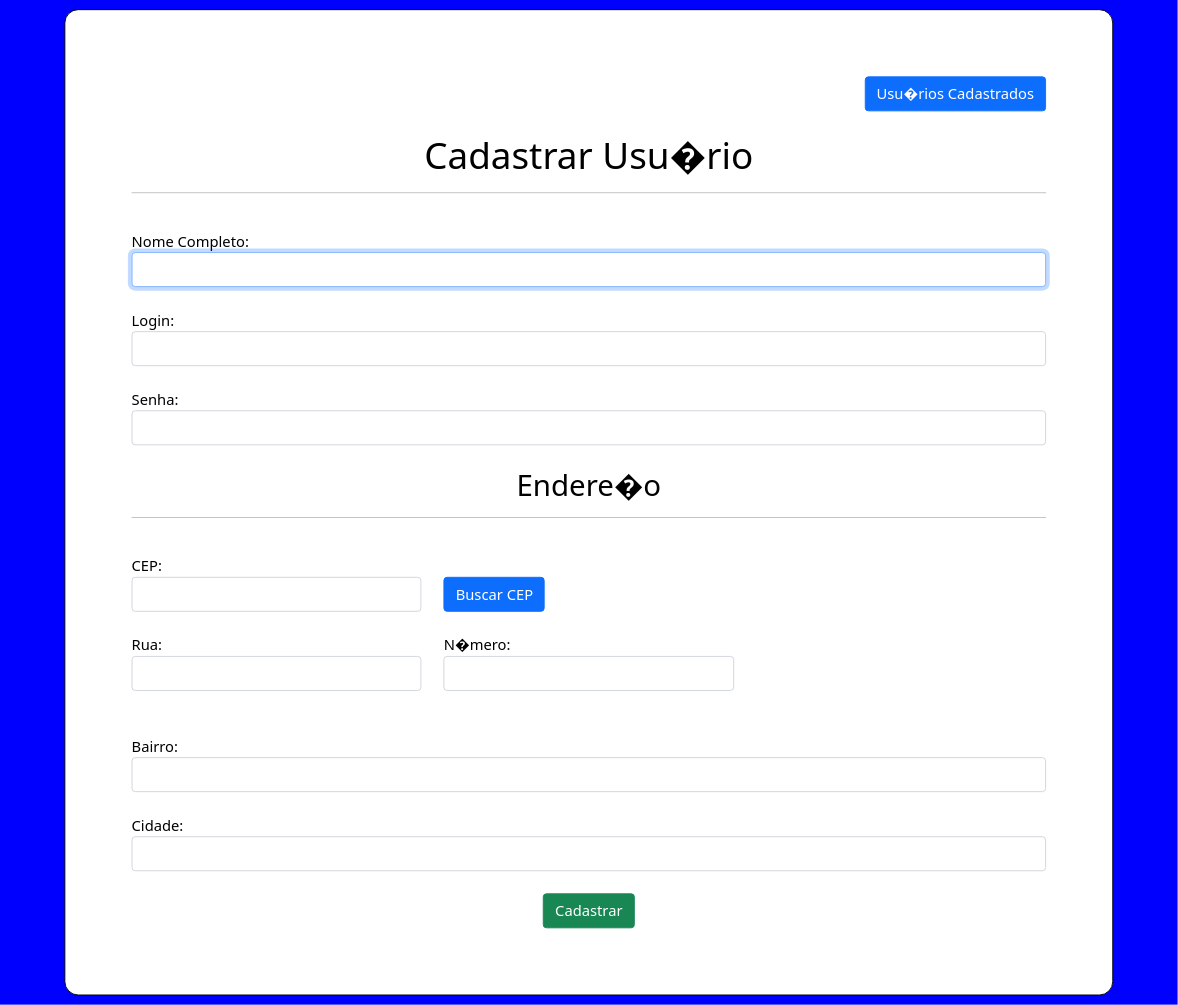
Repository: Magicianred/spring-mvc
Page: http://localhost/index
The author's editor kept a copy of each file at every save. The page is drawn from the files as they stood at one save, then again after a run of saves.
The browser window is 1280 px wide. The pictures show the whole page, at 92% of full size.
The page is this project's Thymeleaf template; nobody is signed in. The template is opened directly, without the code that normally fills it, so the values that code supplies are empty.

Above is the page before, as saved 2021-01-13 02:41:38.

After the next 2 saves:
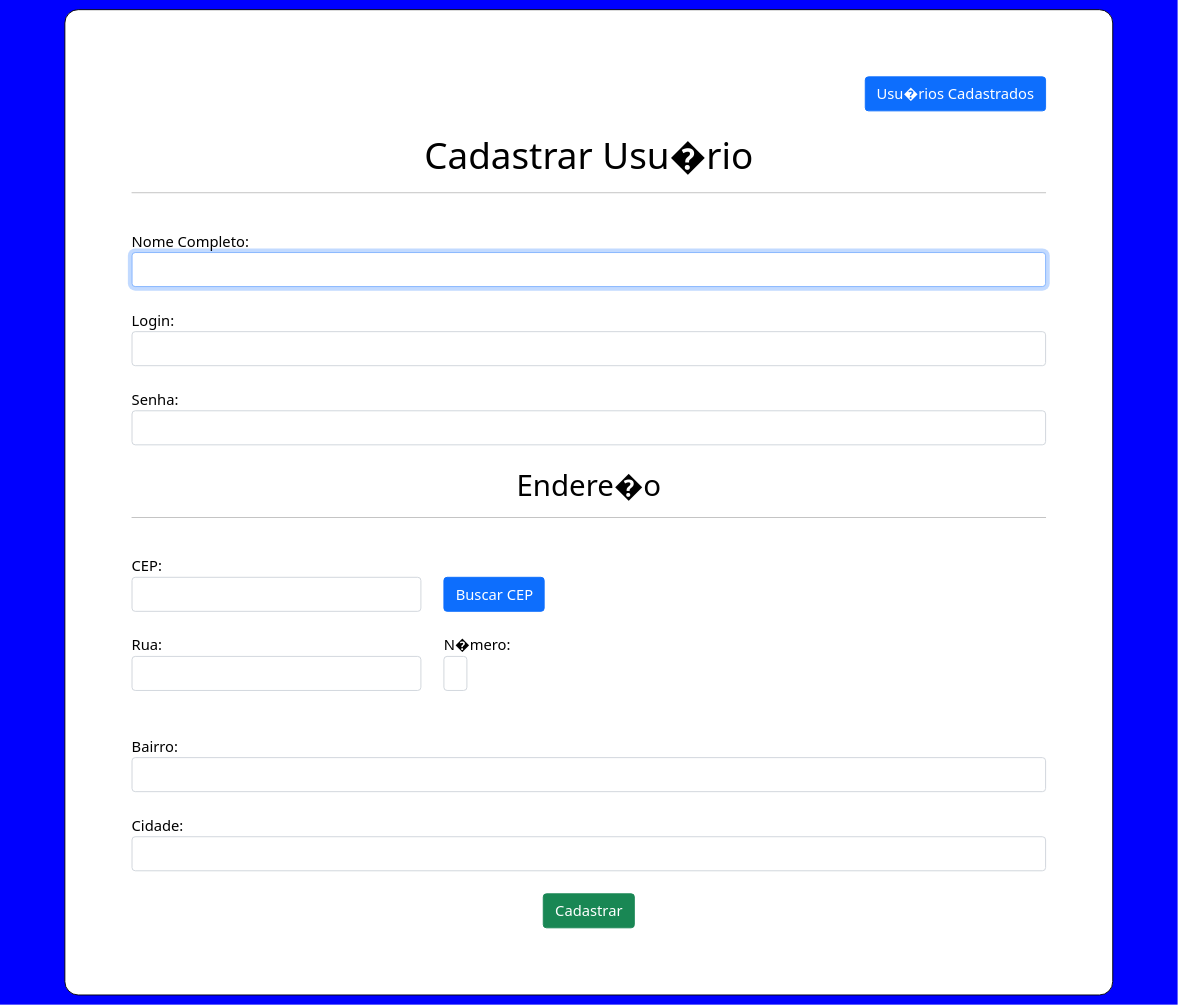
The 2 saves are shown as one change because they came seconds apart.
The last was saved 10 s later.
--- a/springmvc/src/main/resources/templates/index.html
+++ b/springmvc/src/main/resources/templates/index.html
@@ -53,7 +53,7 @@ xmlns:layout="http://www.ultraq.net.nz/thymeleaf/layout">
 			</div>
 			<div class="col-md-4">
 				<label>Número:</label> <br />
-				<input class="form-control number" type="text" name="numero" id="numero" />
+				<input class="form-control house-number" type="text" name="numero" id="numero" />
 			</div>
 		</div>
 		<br />
